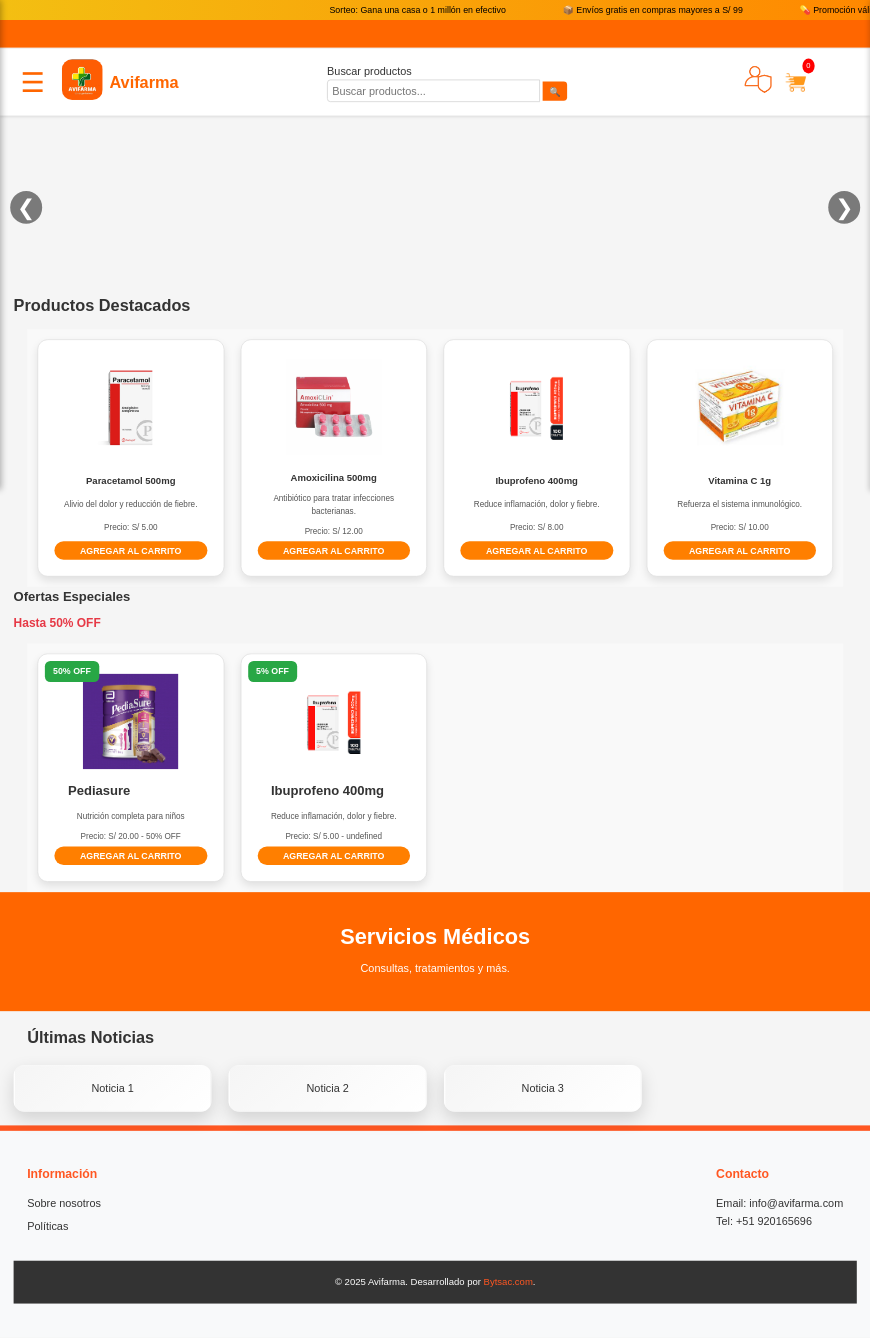
Repository: AVH75/avifarma-tienda
Page: index.html
An editor plug-in stored every save of this project. The page is shown before and after the next save, followed by the edit.
The browser window is 1280 px wide. The pictures show the whole page, at 68% of full size.

Above is the page before, as saved 2025-09-11 05:38:22.

### index.html
<!DOCTYPE html>
<html lang="es">
<head>
  <meta charset="UTF-8">
  <meta name="viewport" content="width=device-width, initial-scale=1.0">
  <title>Avifarma | Boticas y Farmacias - Salud y Bienestar</title>

  <!-- =========================
       SEO BÁSICO
  ========================= -->
  <meta name="description" content="Avifarma - Tu salud primero, siempre cerca de ti. Productos, servicios médicos y ofertas especiales.">
  <meta name="keywords" content="Avifarma, farmacia, botica, medicamentos, salud, productos farmacéuticos, Perú">
  <meta name="author" content="Bytsac.com">

  <!-- Favicon -->
  <link rel="icon" type="image/png" href="img/favicon.png">

  <!-- Open Graph -->
  <meta property="og:title" content="Avifarma | Tu salud primero">
  <meta property="og:description" content="Descubre productos, servicios médicos y ofertas especiales en Avifarma.">
  <meta property="og:image" content="img/logo/Logo.png">
  <meta property="og:url" content="https://avifarma.com">
  <meta property="og:type" content="website">

  <!-- Twitter Card -->
  <meta name="twitter:card" content="summary_large_image">
  <meta name="twitter:title" content="Avifarma | Tu salud primero">
  <meta name="twitter:description" content="Descubre productos, servicios médicos y ofertas especiales en Avifarma.">
  <meta name="twitter:image" content="img/logo/Logo.png">

  <!-- Schema.org JSON-LD -->
  <script type="application/ld+json">
  {
    "@context": "https://schema.org",
    "@type": "Pharmacy",
    "name": "Avifarma",
    "image": "https://avifarma.com/img/logo/Logo.png",
    "url": "https://avifarma.com",
    "address": {
      "@type": "PostalAddress",
      "addressLocality": "Trujillo",
      "addressCountry": "PE"
    },
    "contactPoint": {
      "@type": "ContactPoint",
      "telephone": "+51 920165696",
      "contactType": "customer service"
    }
  }
  </script>

  <!-- =========================
       ARCHIVOS CSS
  ========================= -->
  <link rel="stylesheet" href="css/style.css?v=1.8">
</head>
<body>

 <!-- =========================
       🔹 FRANJA SUPERIOR (Marquee con promos)
  ========================= -->
  <div class="promo-bar" role="banner">
    <div class="marquee" aria-label="Promociones destacadas">
      <span> Sorteo: Gana una casa o 1 millón en efectivo</span>
      <span>📦 Envíos gratis en compras mayores a S/ 99</span>
      <span>💊 Promoción válida hasta el 14 de septiembre</span>
    </div>
  </div>

  <!-- Separador entre la promo-bar y top-bar -->
  <div class="separador"></div>

  <!-- =========================
       🔹 TOP-BAR (Login/usuario)
  ========================= -->
<div class="top-bar" style="height: 50px;">
  <!-- Contenedor vacío para mantener la franja visible -->
</div>


  <div class="separator"></div>

  <!-- =========================
       🔹 HEADER PRINCIPAL
  ========================= -->

  <header class="header sticky" role="banner">
    <div class="main-header">

      <!-- 🔸 Menú hamburguesa y logo -->
      <div class="logo-menu-container">
        <!-- 🔸 Menú hamburguesa (izquierda) -->
        <button class="menu-toggle" id="menu-toggle" aria-label="Abrir menú de navegación" aria-controls="nav" aria-expanded="false">
          ☰
        </button>

        <!-- 🔸 Logo de Avifarma y nombre -->
        <div class="logo">
          <a href="index.html">
            <img src="img/logo/logo.jpeg" alt="Avifarma Logo" width="50" height="50" loading="lazy">
          </a>
          <h1>Avifarma</h1>
        </div>
      </div>

      <!-- 🔸 Buscador centrado -->
      <div class="buscador-container">
        <form role="search" class="search" action="buscar.html" method="get">
          <label for="buscador" class="sr-only">Buscar productos</label>
          <input type="search" name="q" id="buscador" placeholder="Buscar productos..." aria-label="Buscar productos">
          <button type="submit" aria-label="Buscar">🔍</button>
        </form>
      </div>

      <!-- 🔸 Acciones (Login y Carrito) -->
      <div class="acciones-header">
        <!-- Ingresar -->
     <a href="login.html">
    <img src="img/logo/login.png" alt="Imagen de inicio de sesión" style="width:50px;height:50px;">
</a>


        <!-- Carrito -->
        <a href="#" id="abrir-carrito" class="carrito-icono" aria-label="Abrir carrito de compras">
          <img src="img/logo/carrito.png" alt="Carrito de compras" class="icono-img" width="32" height="32" loading="lazy">
          <span id="contador-carrito" class="contador">0</span>
        </a>
      </div>

    </div>
  </header>

  <!-- =========================
       🔹 Menú lateral (Sidebar)
  ========================= -->
  <div id="nav" class="menu">
    <ul>
      <li><a href="#">Inicio</a></li>
      <li><a href="#">Productos</a></li>
      <li><a href="#">Servicios</a></li>
      <li><a href="#">Contacto</a></li>
    </ul>
  </div>

  <!-- Overlay para el menú mobile -->
  <div id="overlay-menu"></div>


  <!-- =========================
       🔹 HERO PROMOCIONES
  ========================= -->
  <section class="promociones" aria-label="Banners promocionales">
    <div class="slider-container">
      <div class="slider" id="slider-banner"></div>
      <button class="prev" aria-label="Anterior">❮</button>
      <button class="next" aria-label="Siguiente">❯</button>
      <div class="dots-container" id="dots"></div>
    </div>
  </section>

  <!-- =========================
       🔹 PRODUCTOS DESTACADOS
  ========================= -->
  <main>
    <section class="productos">
      <h2 id="titulo-productos">Productos Destacados</h2>
      <div class="grid-productos" id="productos-grid"></div>
    </section>

    <aside class="ofertas" aria-label="Ofertas especiales">
      <h3 id="titulo-ofertas">Ofertas Especiales</h3>
      <p class="oferta-texto">Hasta 50% OFF</p>
      <div class="grid-ofertas" id="ofertas-grid"></div>
    </aside>
  </main>

  <!-- =========================
       🔹 SERVICIOS
  ========================= -->
  <section class="servicios">
    <h2 id="titulo-servicios">Servicios Médicos</h2>
    <p>Consultas, tratamientos y más.</p>
  </section>

  <!-- =========================
       🔹 NOVEDADES
  ========================= -->
  <section class="novedades">
    <h2 id="titulo-novedades">Últimas Noticias</h2>
    <div class="grid">
      <article class="card">Noticia 1</article>
      <article class="card">Noticia 2</article>
      <article class="card">Noticia 3</article>
    </div>
  </section>

  <!-- =========================
       🔹 FOOTER
  ========================= -->
  <footer>
    <div class="footer-top">
      <div>
        <h3>Información</h3>
        <ul>
          <li><a href="sobre-nosotros.html">Sobre nosotros</a></li>
          <li><a href="politicas.html">Políticas</a></li>
        </ul>
      </div>
      <div>
        <h3>Contacto</h3>
        <p>Email: <a href="mailto:info@avifarma.com">info@avifarma.com</a></p>
        <p>Tel: <a href="tel:+51920165696">+51 920165696</a></p>
      </div>
    </div>
    <div class="footer-bottom">
      <p>© 2025 Avifarma. Desarrollado por <a href="https://bytsac.com" target="_blank" rel="noopener">Bytsac.com</a>.</p>
    </div>
  </footer>

  <!-- =========================
       🔹 CARRITO LATERAL
  ========================= -->
<div id="carrito-sidebar" class="carrito-sidebar" aria-hidden="true">
  <div class="carrito-header">
    <h2>Carrito</h2>
    <button class="cerrar-carrito" onclick="cerrarCarrito()" aria-label="Cerrar carrito">×</button>
  </div>

  <!-- Productos -->
  <div id="carrito-items" class="productos-carrito">
    <!-- Ejemplo producto -->
    <div class="producto-card">
     <img src="img/productos/marca.jpg" alt="Producto">
      <div class="producto-info">
        <h3>Nombre del Producto</h3>
        <p class="precio">S/ 20.00</p>
        <div class="acciones">
          <button class="cantidad">-</button>
          <span>1</span>
          <button class="cantidad">+</button>
          <button class="eliminar">🗑</button>
        </div>
      </div>
    </div>
  </div>

  <!-- Totales -->
  <div class="carrito-footer">
    <p>Subtotal: <span id="subtotal">S/ 0.00</span></p>
    <p>Descuento: <span id="descuento">S/ 0.00</span></p>
    <p>Total: <span id="total">S/ 0.00</span></p>

    <!-- Botones -->
    <div class="cart-buttons">
      <button id="ir-a-pagar" class="btn-primary" onclick="comprarAhora()">Ir a pagar</button>
       <a href="carrito.html" id="ver-carrito">Ver carrito</a>
    </div>
  </div>
</div>

<!-- Overlay (fondo oscuro) -->
<div id="overlay-carrito"></div>

  <!-- =========================
       🔹 SCRIPTS
  ========================= -->
  <script src="js/menu.js?v=1.8" defer></script>
  <script src="js/carrito.js?v=1.8" defer></script>
  <script src="js/render-catalogo.js?v=1.8" defer></script>
</body>
</html>

Loaded but not shown: productos.json (51 lines, source omitted); js/carrito.js (305 lines, source omitted); js/render-catalogo.js (115 lines, source omitted); js/menu.js (54 lines, source omitted); css/style.css (1775 lines, source omitted)

After the next save:
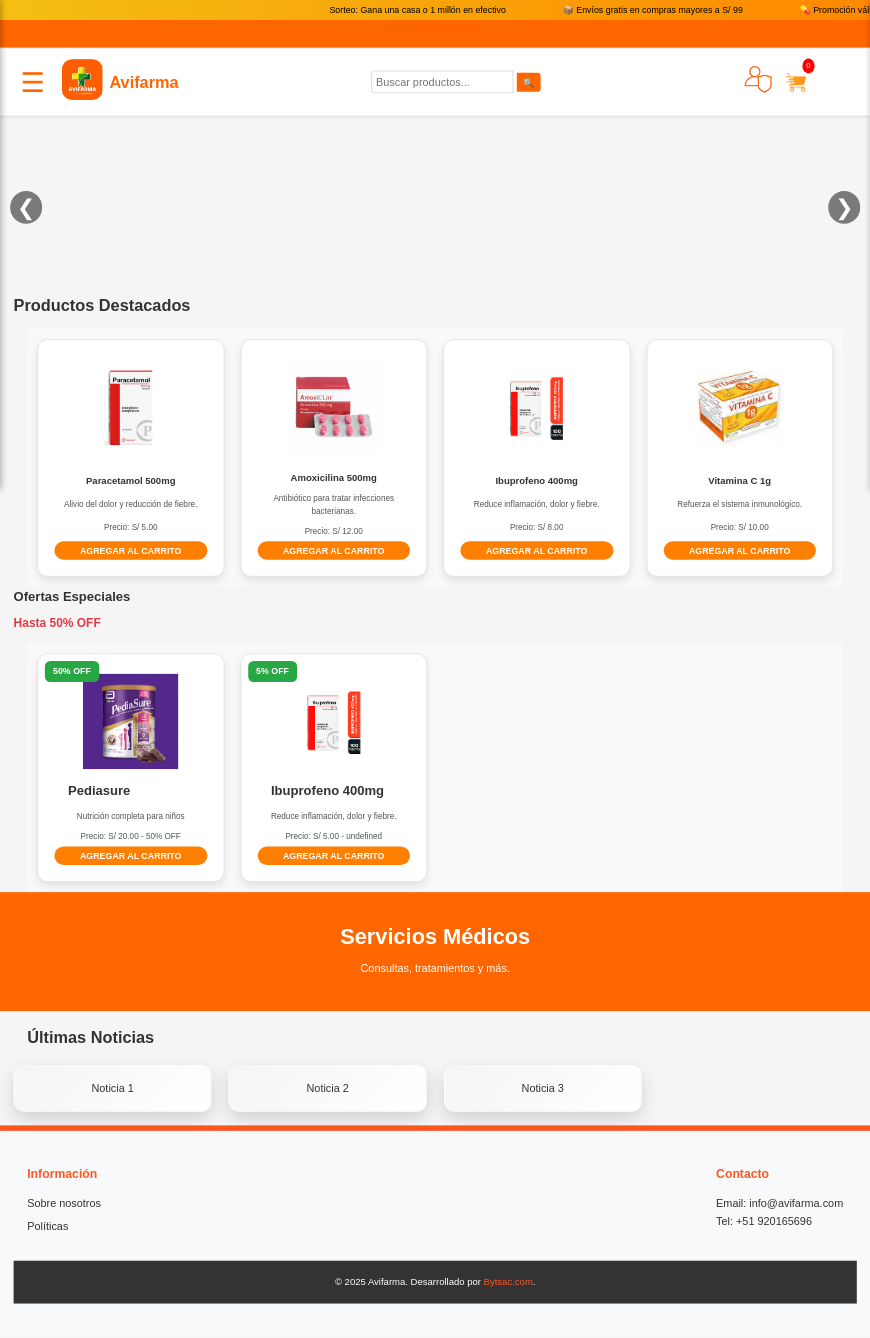
Saved 43 min 59 s later.
--- a/index.html
+++ b/index.html
@@ -106,7 +106,7 @@
       <!-- 🔸 Buscador centrado -->
       <div class="buscador-container">
         <form role="search" class="search" action="buscar.html" method="get">
-          <label for="buscador" class="sr-only">Buscar productos</label>
+          <label for="buscador" class="sr-only"></label>
           <input type="search" name="q" id="buscador" placeholder="Buscar productos..." aria-label="Buscar productos">
           <button type="submit" aria-label="Buscar">🔍</button>
         </form>
